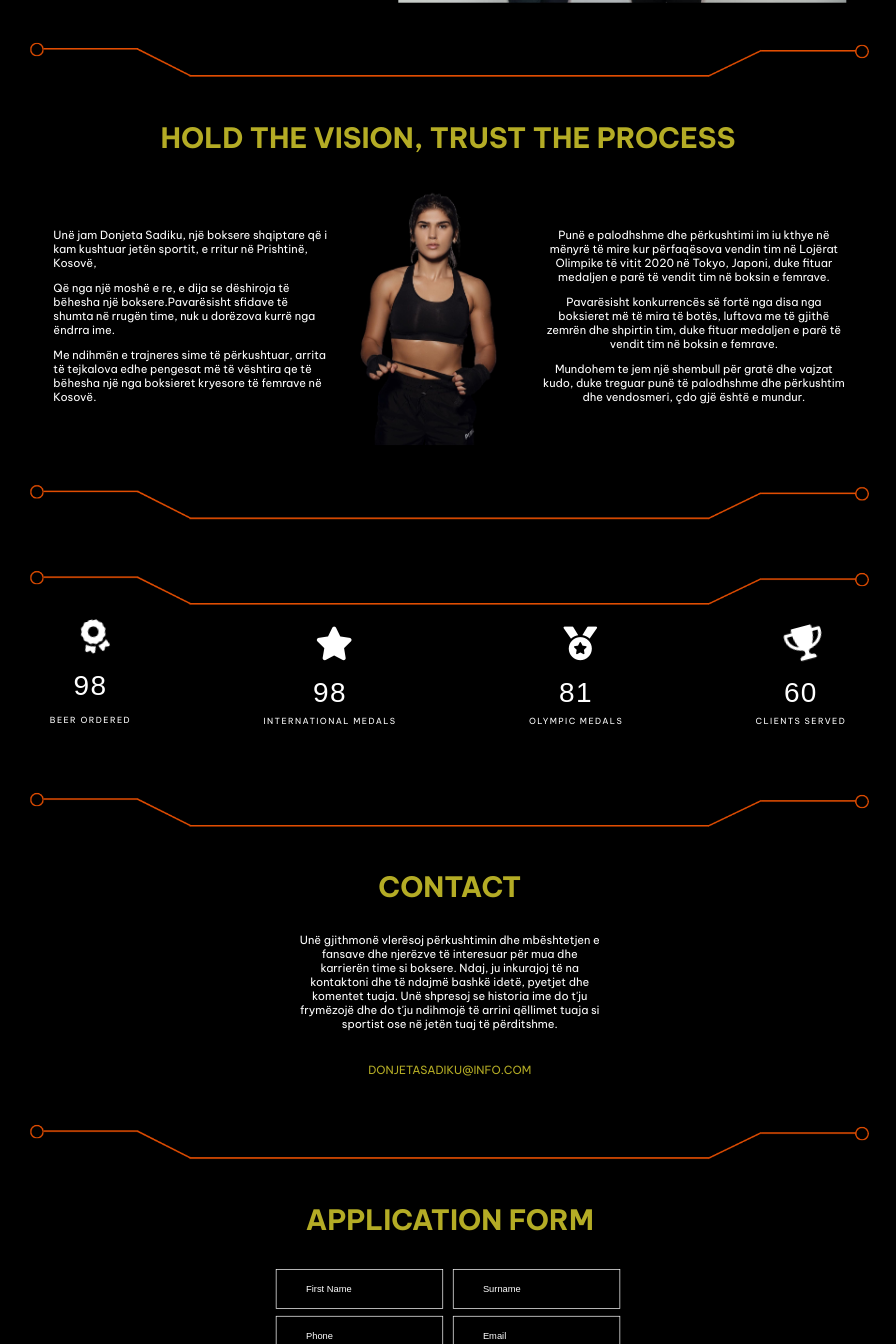
Repository: milot-morina/ds-boxing
Page: DS-Portfolio/index.html
The author's editor kept a copy of each file at every save. The page is drawn from the files as they stood at one save, then again after the next save.
The browser window is 1280 px wide. The pictures show the part of the page from y = 1957 to 3877 px (the page is 4411 px tall), at 70% of full size.
A picture or video elsewhere on the page could not be fetched, so the positions and the page height are approximate.

Above is the page before, as saved 2023-03-22 08:46:55.

### DS-Portfolio/index.html
<!DOCTYPE html>
<html lang="en">
<head>
  <meta charset="UTF-8">
  <meta http-equiv="X-UA-Compatible" content="IE=edge">
  <meta name="viewport" content="width=device-width, initial-scale=1.0">
  <title>Donjeta Sadiku</title>
  <link rel="stylesheet" href="style.css">
  <link rel="stylesheet" href="https://cdnjs.cloudflare.com/ajax/libs/font-awesome/6.0.0-beta2/css/all.min.css" integrity="sha512-YWzhKL2whUzgiheMoBFwW8CKV4qpHQAEuvilg9FAn5VJUDwKZZxkJNuGM4XkWuk94WCrrwslk8yWNGmY1EduTA==" crossorigin="anonymous" referrerpolicy="no-referrer" />
  <link rel="icon" href="logofinal.png" type="image/icon type" style="width: 100%;">
  <link href="https://fonts.googleapis.com/css2?family=Be+Vietnam+Pro:wght@400;500;700&display=swap" rel="stylesheet">
</head>
<body>

  <section class="section1" id="home">
    <video muted autoplay loop style="pointer-events: none;">
      <source src="DS-Glitch.mp4" type="video/mp4">
    </video>
    <header class="hidden3">
      <div class="container">
        <nav class="navbar">
          <div class="brand-title">
            <img src="unitetiLogoFinal.png" alt="" width="130px">
          </div>
          <a href="#" class="toggle-button">
            <span class="bar"></span>
            <span class="bar"></span>
            <span class="bar"></span>
          </a>
          <div class="navbar-links">
            <ul>
              <li><a href="#home" class="home-btn">HOME</a></li>
              <li><a href="#club" class="header-club">CLUB</a></li>
              <li><a href="#contact" class="header-link a">CONTACT</a></li>
              <li><a href="#form" class="header-link a">FORM</a></li>
            </ul>
            <div class="socials">
            <i class="fa-brands fa-facebook"><a href="https://www.youtube.com/watch?v=dQw4w9WgXcQ"></a></i>
            <i class="fa-brands fa-instagram"></i>
            <i class="fa-brands fa-youtube"></i>
            <i class="fa-brands fa-app-store-ios"></i>
          </div>
          </div>

        </nav>
      </div>
    </header>
  </section>


  <img src="separator2.png" alt="" width="100%" style="margin-top: 40px;" class="first-seperator">


  <section class="section2 container row" id="club">

    <div class="images hidden2">
      <img src="handsUp.jpg" alt="">
    </div>
    <div class="text hidden">
      <p class="section-h hidden3">HISTORIA SHKRUHET!</p>
      <p class="section2-p hidden3">Nuk ka fjalë për t'u shprehur se sa krenare isha për të përfaqësuar vendin tim në skenën dhe për të marrë medalje ne kete nivel. Ishte një ndjenjë e mrekullueshme të përfaqësosh vendin tënd dhe të ndjehesh si një ambasador i saj në arenën nderkombetare.</p>
      <p class="section2-p hidden3">Në çdo moment të kësaj përvojeje, isha e mbuluar nga emocionet për rëndësinë që kjo ngjarje kishte për popullin tim dhe për boksierët shqiptarë. Nuk ishte thjesht një fitore personale, por ishte një fitore që përfaqësoi përparimin e boksi shqiptar dhe mundësinë e një të ardhme të ndritshme për sportin në vendin tonë.</p>
      <p class="section2-p hidden3">Kur mora medaljen olimpike, ndjeva një ndjenjë të thellë krenarie dhe një ndjesi të vërtetë prej triumfi. Ishte si të isha i gjithë vendlindja ime, duke festuar këtë arritje të madhe me mua. Nuk mund të mendoja për ndonjë gjë më të rëndësishme në atë moment, dhe do të mbaj gjithmonë këtë kujtim në zemrën time.</p>

    </div>

  </section>

  <img src="separator2.png" alt="" width="100%" style="margin-top: 30px;">


  <section class="section3 container">
    <p class="section-h">MEDALJET FLASIN VET!</p>
   <div class="row">
    <div class="text hidden2">
      <p>Viti me i suksesshem ne karrieren time . Solla dy medalje nje evropiane e një botërore. Dëshmova që une Donjeta Sadiku nuk dorërzohem asnjëher përkundrazi nuk kam dyshuar asnjëherë në veten time, mirpo tani po ndihem e kompletuar nën udhëheqjen e trajneres time Marjola Sallauka .</p>
      <p>Tash e tutje luftoj vetëm për medalje Olimpike. Unë besoj në vetën time dhe ju premtoj që me përkrahjen tuaj unë do ti realizoj këto synime . Faleminderit për përkrahje familjes time, Federatës së Boksit. Faleminderit trajnerës Marjola Sallauka për mjeshtërinë që tregon me punën e saj.</p>
    </div>
    <div class="images hidden">
      <img src="DplusMar.jpg" alt="" style="max-width: 640px;">
    </div>
   </div>

  </section>








  <img src="separator2.png" alt="" width="100%" style="margin-top: 30px;">




  <section class="section4 container" id="nft">
    <p class="section-h hidden3">HOLD THE VISION, TRUST THE PROCESS</p>
    <div class="row">
      <div class="text hidden2" style="text-align: left">
        <p>Unë jam Donjeta Sadiku, një boksere shqiptare që i kam kushtuar jetën sportit, e rritur në Prishtinë, Kosovë,
        </p>
        <p>Që nga një moshë e re, e dija se dëshiroja të bëhesha një boksere.Pavarësisht sfidave të shumta në rrugën time, nuk u dorëzova kurrë nga ëndrra ime.
        </p>
        <p>Me ndihmën e trajneres sime të përkushtuar, arrita të tejkalova edhe pengesat më të vështira qe të bëhesha një nga boksieret kryesore të femrave në Kosovë.</p>
      </div>
      <div class="hidden3">
        <div class="column">
          <img src="profilePic.png" alt="" style="width: 300px;">
          <!-- <img src="shadow.png" alt="" style="width: 300px;"> -->
        </div>
      </div>
      <div class="text hidden">
        <p>Punë e palodhshme dhe përkushtimi im iu kthye në mënyrë të mire kur përfaqësova vendin tim në Lojërat Olimpike të vitit 2020 në Tokyo, Japoni, duke fituar medaljen e parë të vendit tim në boksin e femrave.</p>
        <p>Pavarësisht konkurrencës së fortë nga disa nga boksieret më të mira të botës, luftova me të gjithë zemrën dhe shpirtin tim, duke fituar medaljen e parë të vendit tim në boksin e femrave.
        </p>
        <p>
          Mundohem te jem një shembull për gratë dhe vajzat kudo, duke treguar punë të palodhshme dhe përkushtim dhe vendosmeri, çdo gjë është e mundur.
        </p>
      </div>
    </div>

  </section>

  <img src="separator2.png" alt="" width="100%" style="margin-top: 30px;">
  <img src="separator2.png" alt="" width="100%" style="margin-top: 30px;">
  <!-- ktu section i ri -->
  <section class="wow fadeIn animated" style="visibility: visible; animation-name: fadeIn;">
    <div class="container">
      <div class="row">
        <!-- counter -->
        <div class="col-md-3 col-sm-6 bottom-margin text-center counter-section wow fadeInUp sm-margin-bottom-ten animated" data-wow-duration="300ms" style="visibility: visible; animation-duration: 300ms; animation-name: fadeInUp;">
          <i class="fa-sharp fa-solid fa-award fa-shake"></i>
          <span id="anim-number-pizza" class="counter-number"></span>
          <span class="timer counter alt-font appear" data-to="98" data-speed="7000">280</span>
          <p class="counter-title">Beer Ordered</p>
        </div>
        <!-- end counter -->
        <!-- counter -->
        <div class="col-md-3 col-sm-6 bottom-margin text-center counter-section wow fadeInUp sm-margin-bottom-ten animated" data-wow-duration="600ms" style="visibility: visible; animation-duration: 600ms; animation-name: fadeInUp;">
          <i class="fa-sharp fa-solid fa-star"></i>
           <span class="timer counter alt-font appear" data-to="98" data-speed="7000">98</span>
          <span class="counter-title">International Medals</span>
        </div>
        <!-- end counter -->
        <!-- counter -->
        <div class="col-md-3 col-sm-6 bottom-margin-small text-center counter-section wow fadeInUp xs-margin-bottom-ten animated" data-wow-duration="900ms" style="visibility: visible; animation-duration: 900ms; animation-name: fadeInUp;">
          <i class="fa-sharp fa-solid fa-medal"></i>
           <span class="timer counter alt-font appear" data-to="81" data-speed="7000">81</span>
          <span class="counter-title">Olympic Medals</span>
        </div>
        <!-- end counter -->
        <!-- counter -->
        <div class="col-md-3 col-sm-6 text-center counter-section wow fadeInUp animated" data-wow-duration="1200ms" style="visibility: visible; animation-duration: 1200ms; animation-name: fadeInUp;">
          <i class="fa-sharp fa-solid fa-trophy fa-shake"></i>
           <span class="timer counter alt-font appear" data-to="60" data-speed="7000">60</span>
          <span class="counter-title">Clients Served</span>
        </div>
        <!-- end counter -->
      </div>
    </div>
  </section>


  <!-- perfunduon -->
  <img src="separator2.png" alt="" width="100%" style="margin-top: 30px;">

  <section class="section5 container" id="contact">
    <div class="text">
      <p class="section-h">CONTACT</p>
      <p>Unë gjithmonë vlerësoj përkushtimin dhe mbështetjen e fansave dhe njerëzve të interesuar për mua dhe karrierën time si boksere. Ndaj, ju inkurajoj të na kontaktoni dhe të ndajmë bashkë idetë, pyetjet dhe komentet tuaja. Unë shpresoj se historia ime do t'ju frymëzojë dhe do t'ju ndihmojë të arrini qëllimet tuaja si sportist ose në jetën tuaj të përditshme.</p>
      <p style="color: #B4AC25; margin-top: 45px;">DONJETASADIKU@INFO.COM</p>
    </div>
  </section>






 <img src="separator2.png" alt="" width="100%" style="margin-top: 30px;">

  <section class="section6 container" id="form">
    <div class="text">
      <p class="section-h">APPLICATION FORM</p>
    </div>
    <form action="#">
      <div class="form-row">
        <input type="text" placeholder="First Name">
        <input type="text"placeholder="Surname">
      </div>
      <div class="form-row">
        <input type="text" placeholder="Phone">
        <input type="email" placeholder="Email">
      </div>
      <div class="long-inputs-form">
        <input type="text" placeholder="Occupation"><br>
        <input type="text" placeholder="Message" style="padding-block: 40px;">
      </div>
    </form>
    <button class="home-btn">Apply</button>
    <div class="socials" style="margin-block: 40px;">
      <a href="https://www.facebook.com/your-page"><i class="fa-brands fa-facebook"></i></a>
      <a href="https://www.instagram.com/donjetasadikuofficial/"><i class="fa-brands fa-instagram"></i></a>
      <a href="https://www.youtube.com/channel/your-channel"><i class="fa-brands fa-youtube"></i></a>
      <!-- <a href="https://apps.apple.com/your-app"><i class="fa-brands fa-app-store-ios"></i></a> -->
    </div>


    <div class="text" style="margin-bottom: 40px;">
      <p>Copyright © - 2023 - Donjeta Sadiku </p>
    </div>


    <div style="background-color: rgba(0, 0, 0, 0.2); display: flex; justify-content: center; align-items: center;">
      <a class="navbar-brand" href="https://www.reetech.ch/">
        <img src="reetech.png" width="185" height="105" class="d-inline-block align-top" alt="">
      </a>
    </div>

  </section>




  <script src="script.js"></script>
</body>
</html>

### DS-Portfolio/style.css
html {
  scroll-behavior: smooth;
  transition: 2s;
  overflow-x: hidden;
}

body {
  text-align: center;
  overflow-x: hidden;
  font-family: 'Be Vietnam Pro', sans-serif;
  background-color: black !important;
}

/* header----*/


/*  */



/* #Fun Facts
================================================================================= */


.counter-section i { font-size: 3rem; /* increase the font size of the icons */
  display: block; /* make the icons display as block elements */
  margin-bottom: 1rem;}
.counter-section span.counter { font-size:40px; color: #fff; line-height:60px; display:block; font-family: "Oswald",sans-serif; letter-spacing: 2px}
.counter-title{ font-size:12px; letter-spacing:2px; text-transform: uppercase ;color: #fff;}
.counter-icon {top:25px; position:relative}
.counter-style2 .counter-title {letter-spacing: 0.55px; float: left;}
.counter-style2 span.counter {letter-spacing: 0.55px; float: left; margin-right: 10px;}
.counter-style2 i {float: right; line-height: 26px; margin: 0 10px 0 0}
.counter-subheadline span {float: right;}

.medium-icon {
    font-size: 40px !important;
    margin-bottom: 15px !important;
}

.container{
    margin-top:200px;
}



/*  */


header {
  background-color: transparent;
  width: 100%;
  position: absolute;
  top: 0;
  left: 0;

  z-index: 100;
}


.navbar {
  display: flex;
  flex-direction: column;
  justify-content: space-between;
  align-items: flex-start;
  color: black;
}



.navbar-links {
  width: 100%;
  display: none;
}

.navbar-links ul {
  margin: 0;
  padding: 0;
  display: flex;
  flex-direction: column;
  width: 100%;
  text-align: center;
}

.navbar-links li {
  list-style: none;
  font-size: 15px;

}

.navbar-links li a {
  text-decoration: none;
  color: white;

  display: block;
}


.toggle-button {
  position: absolute;
  top: .75rem;
  right: 1rem;
  display: flex;
  flex-direction: column;
  justify-content: space-between;
  width: 31px;
  height: 21px;
}

.bar {
  width: 100%;
  height: 3px;
  background-color: white;
  border-radius: 10px;
}

.navbar-links.active {
  display: flex;
  flex-direction: column;
  background-color: transparent;
}

i {
  color: white;
}

i:hover {
  color: #B4AC25;
  cursor: pointer;
}



video {
  width: 100%;
  position: relative;
  height: auto;
  pointer-events: none;
  display: none;
}



.socials {
  width: 47%;
  display: block;
  margin: 5px auto;
  text-align: center;
}

i {
  margin-left: 12px;
  font-size: 24px;
}


.header-club {
  color: white;
  padding-inline: 10px;
  margin-top: 5px;
  max-width: 80px;
  display: block;
  margin-inline: auto;
  font-weight: 700;
}


.header-club:hover {
  color: white;
  border-color: #B4AC25;

}

.home-btn {
  color: white;
  padding-inline: 10px;
  margin-top: 5px;
  max-width: 80px;
  display: block;
  margin-inline: auto;
  font-weight: 700;
}

.home-btn:hover {
  color: white;
  border-color: white;
  background-color: transparent;
  cursor: pointer;
}


.header-link {
  color: white;
  padding-inline: 10px;
  margin-top: 5px;
  max-width: 80px;
  display: block;
  margin-inline: auto;
  font-weight: 700;
}

.header-link:hover {
  color: #B4AC25;
}

a {
  position: relative;
}

a::after {
  content: " ";
  position: absolute;
  background-color: #B4AC25;
  height: 3px;
  width: 0;
  left: 0;
  bottom: -10px;
  transition: 0.3s;
}

a:hover::after {
  width: 100%;
}





/*---------------header-----------*/




/*---------------------- collapsible table ------------------------*/

.main-collapsible {
  background-color: transparent;
  color: black;
  width: 100%;
  margin-inline: auto;
  margin-block: 120px 40px;
}



.container-collapsible {
  width: 100%;
  margin: 0 auto;
  display: flex;
  flex-direction: column;
  align-items: center;
}


hr {
  background-color: white;
  width: 90%;
  display: block;
  margin-inline: auto;
}



.collapsible-button {
  background-color: rgb(24, 24, 24);
  color: gray;
  cursor: pointer;
  padding: 5px;
  width: 93%;
  border-bottom: 1px solid white;
  display: flex;
  align-items: center;
  justify-content: space-between;
  text-align: left;
  outline: none;
  font-size: 15px;
  border: none;
}





.button-name-collapsible {
  color: white;
  text-align: left;
  outline: none;
  font-size: 16px;

}


.button-name-collapsible:hover {
  color: #B4AC25;
}



.collapsible-button:after {
  content: '\002B';
  color: white;
  font-weight: bold;
  float: right;
  margin-left: 5px;
  font-size: 24px;
}

.collapsible-button:hover::after{
  color: #B4AC25;
}

.active:after {
  content: "\2212";
}

.content {
  width: 93%;
  max-height: 0;
  overflow: hidden;
  transition: max-height 0.2s ease-out;
  background-color:  rgb(24, 24, 24);
  color: white;
  margin-bottom: 10px;
}

/*---------------------- collapsible table ------------------------*/



/*----------animations------------*/

.hidden {
  opacity: 0;
  filter: blur(2px);
  transform: translateX(60%);
  transition: all 700ms;
}


.hidden2 {
  opacity: 0;
  filter: blur(2px);
  transform: translateX(-60%);
  transition: all 700ms;
}

.hidden3 {
  opacity: 0;
  filter: blur(2px);
  transform: translateY(-5%);
  transition: all .7s;
}



.show {
  opacity: 1;
  filter: blur(0);
  transform: translateX(0);
}


@media(prefers-reduced-motion) {
  .hidden {
    transition: none;
  }
}

/*--------------animations------------------*/


/*---------main---------------*/

body {
  background-color: black;

}


.container {
  width: 90%;
  margin: 0 auto;
}



.first-seperator {
  display: none;
}

@media(min-width: 687px) and (max-width: 900px) {
  .column {
    display: flex;
    flex-direction: column;
    width: 100%;
    margin-left: 28%;
  }
}

.counter-section {
  padding-bottom: 2rem; /* add some padding below the counter sections */
}

@media screen and (max-width: 768px) {
  .counter-section {
    margin-bottom: 2rem; /* add some margin below the counter sections */
    padding-bottom: 0; /* remove the padding on smaller screens */
  }
}


.row2 {
  display: flex;
  align-items: center;
  justify-content: space-between;
}

.section2 {
  margin-top: 70px;
}

.section2 img {
  width: 80%;
  max-width: 500px;
  display: block;
  margin-inline: auto;
}

.text {
  color: white;
  max-width: 440px;
  display: block;
  margin-inline: auto;
}

.text p {
  font-weight: 400;
  margin-left: 5px;
}

.text .section-h,
.section-h {
  font-size: clamp(2.15rem, 2.5rem, 3.2rem);
  color: #B4AC25;
  font-weight: 700;
}

.images img {
  max-width: 550px;
  width: 100%;
}

.section3 .images img {
  width: 100%;
}


input {
  background-color: transparent;
  color: white;
  border: 1px solid white;
  padding: 20px 30px;
  margin: 5px;
  max-width: 410px;
}

input::placeholder {
  color: white;
  padding: 12px;
}

.long-inputs-form > input{
  width: 170px;
}

.section6 button{
  margin-top: 17px;
  padding: 10px 20px;
}

.section6 .socials{
  justify-content: center;
}



@media (min-width: 555px) {
  video {
    display: block;
  }

  .long-inputs-form > input{
    width: 470px;
  }

}


@media(min-width: 865px) {


  .toggle-button {
    display: none;
  }

  .navbar {
    flex-direction: row;
    align-items: center;
    justify-content: space-between;
  }

  .navbar-links  {
    display: flex;
    width: 100%;
    align-items: center;
  }

  .navbar-links ul {
    flex-direction: row;
    justify-content: center;
  }

  .navbar-links.active {
    flex-direction: row;
  }

  .socials {
    width: 6%;
    display: flex;
    justify-content: right;
  }

  .header-club {
    margin-left: 14px;
  }

}





@media (min-width: 900px) {
  .row {
    display: flex;
    justify-content: space-between;
    align-items: center;
  }

  .div {
    display: flex;
    justify-content: space-between;
    align-items: center;
    width: 100%;
    margin: 0 auto;
  }


  .long-inputs-form > input{
    width: 470px;
  }

}







/*---------------main-------------*/

### DS-Portfolio/script.js
const toggleButton = document.getElementsByClassName('toggle-button')[0]
const navbarLinks = document.getElementsByClassName('navbar-links')[0]

toggleButton.addEventListener('click', () => {
  navbarLinks.classList.toggle('active')
})

//
  // Function to animate the number counters
function animateNumberCounters() {
  // Get all the counter elements
  const counters = document.querySelectorAll('.timer');

  // Loop through the counters
  counters.forEach(counter => {
    // Get the target number from the data-to attribute
    const target = parseInt(counter.getAttribute('data-to'));

    // Set the initial count to zero
    let count = 0;

    // Set the interval to update the count
    const timer = setInterval(() => {
      // Increment the count
      count++;

      // Update the counter element with the new count
      counter.textContent = count;

      // Stop the interval when the target number is reached
      if (count === target) {
        clearInterval(timer);
      }
    }, 10);
  });
}

// Call the animateNumberCounters function when the page is loaded
window.addEventListener('load', animateNumberCounters);


//




const observer = new IntersectionObserver((entries) => {
  entries.forEach((entry) => {
    console.log(entry)
    if (entry.isIntersecting) {
      entry.target.classList.add('show')
    } else {
      entry.target.classList.remove('show')
    }
  })
})

const hiddenElements = document.querySelectorAll('.hidden')
const hiddenElements2 = document.querySelectorAll('.hidden2')
const hiddenElements3 = document.querySelectorAll('.hidden3')
hiddenElements.forEach((el) => observer.observe(el))
hiddenElements2.forEach((el) => observer.observe(el))
hiddenElements3.forEach((el) => observer.observe(el))






//collapbsibleTable
let coll = document.getElementsByClassName("collapsible-button");
let i;

for (i = 0; i < coll.length; i++) {
  coll[i].addEventListener("click", function() {
    this.classList.toggle("active");
    let content = this.nextElementSibling;
    if (content.style.maxHeight){
      content.style.maxHeight = null;
    } else {
      content.style.maxHeight = content.scrollHeight + "px";
    }
  });
}

After the next save:
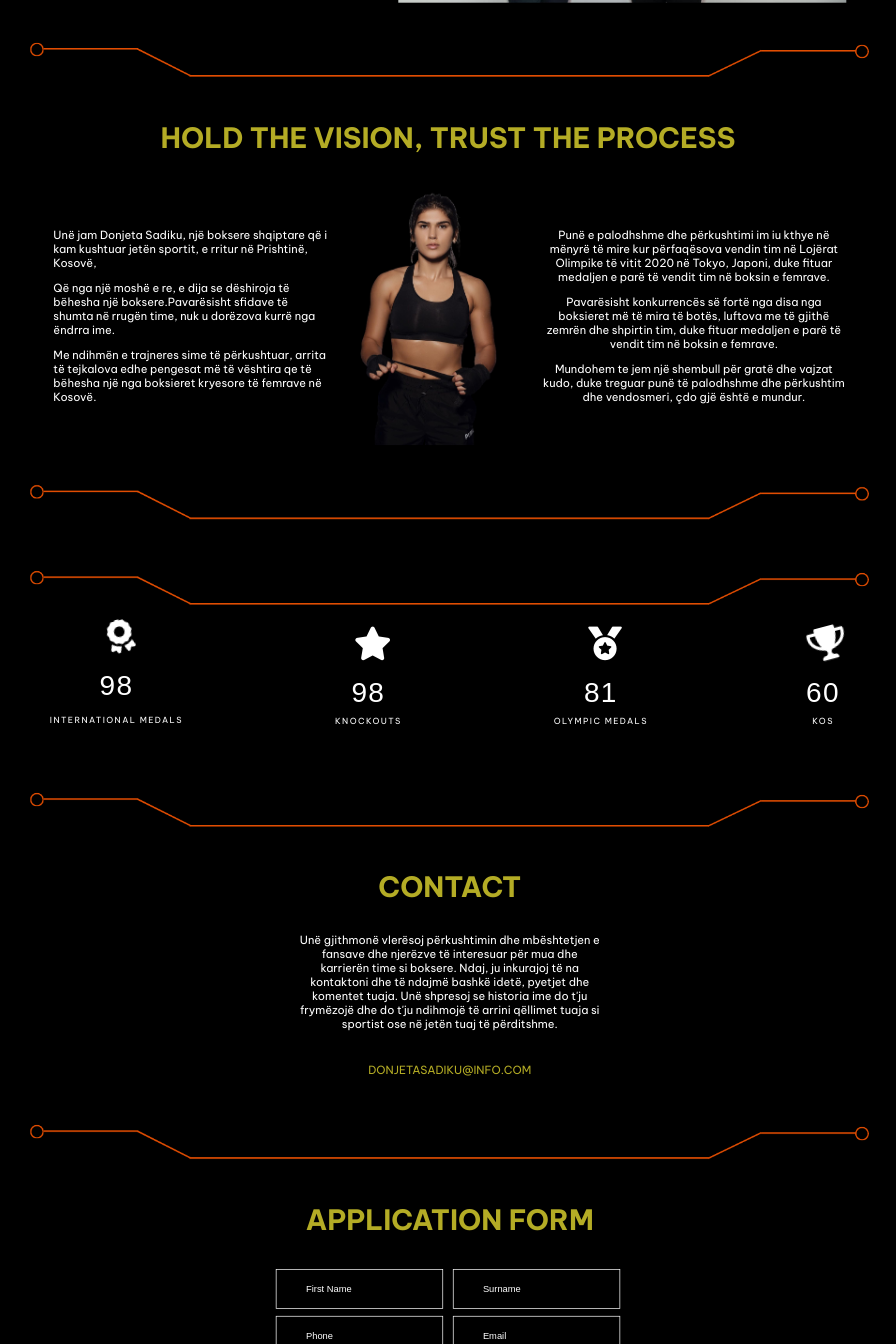
Saved 2 min 20 s later.
--- a/DS-Portfolio/index.html
+++ b/DS-Portfolio/index.html
@@ -134,14 +134,14 @@
           <i class="fa-sharp fa-solid fa-award fa-shake"></i>
           <span id="anim-number-pizza" class="counter-number"></span>
           <span class="timer counter alt-font appear" data-to="98" data-speed="7000">280</span>
-          <p class="counter-title">Beer Ordered</p>
+          <p class="counter-title">International Medals</p>
         </div>
         <!-- end counter -->
         <!-- counter -->
         <div class="col-md-3 col-sm-6 bottom-margin text-center counter-section wow fadeInUp sm-margin-bottom-ten animated" data-wow-duration="600ms" style="visibility: visible; animation-duration: 600ms; animation-name: fadeInUp;">
           <i class="fa-sharp fa-solid fa-star"></i>
            <span class="timer counter alt-font appear" data-to="98" data-speed="7000">98</span>
-          <span class="counter-title">International Medals</span>
+          <span class="counter-title">Knockouts</span>
         </div>
         <!-- end counter -->
         <!-- counter -->
@@ -155,7 +155,7 @@
         <div class="col-md-3 col-sm-6 text-center counter-section wow fadeInUp animated" data-wow-duration="1200ms" style="visibility: visible; animation-duration: 1200ms; animation-name: fadeInUp;">
           <i class="fa-sharp fa-solid fa-trophy fa-shake"></i>
            <span class="timer counter alt-font appear" data-to="60" data-speed="7000">60</span>
-          <span class="counter-title">Clients Served</span>
+          <span class="counter-title">KOs</span>
         </div>
         <!-- end counter -->
       </div>
